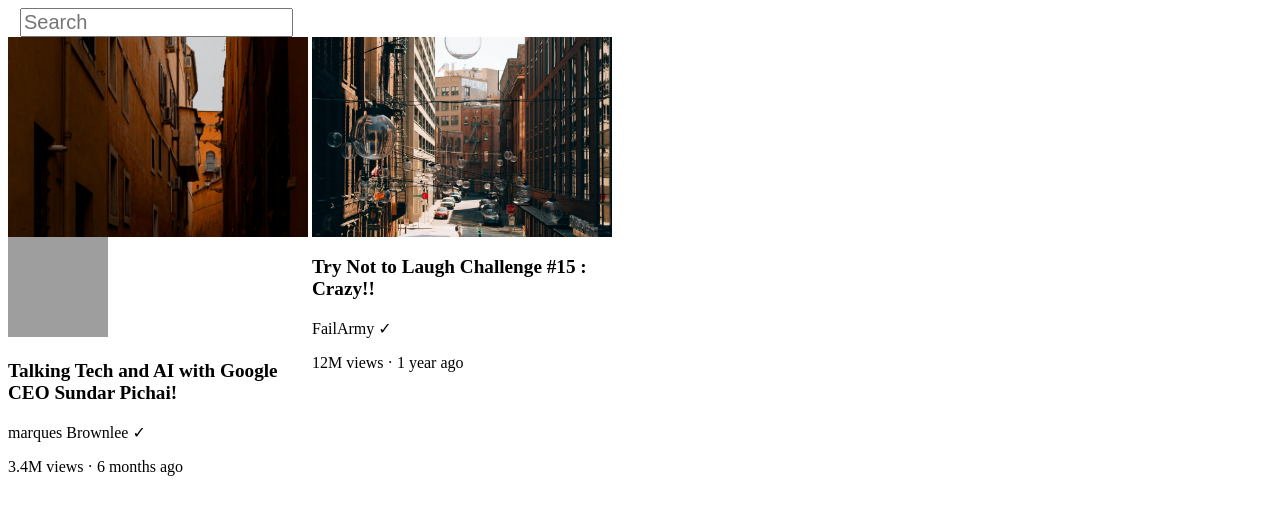
Repository: Yeyolive/WebDev_Collab_2025
Page: Basic_Projects/HTML-CSS course/youtube/youtube.html
An editor plug-in stored every save of this project. The page is shown before and after the next save, followed by the edit.
The browser window is 1280 px wide. The pictures show the whole page.
Pictures or frames that could not be fetched are drawn as grey boxes.

Above is the page before, as saved 2025-11-26 11:18:30.

After the next save:
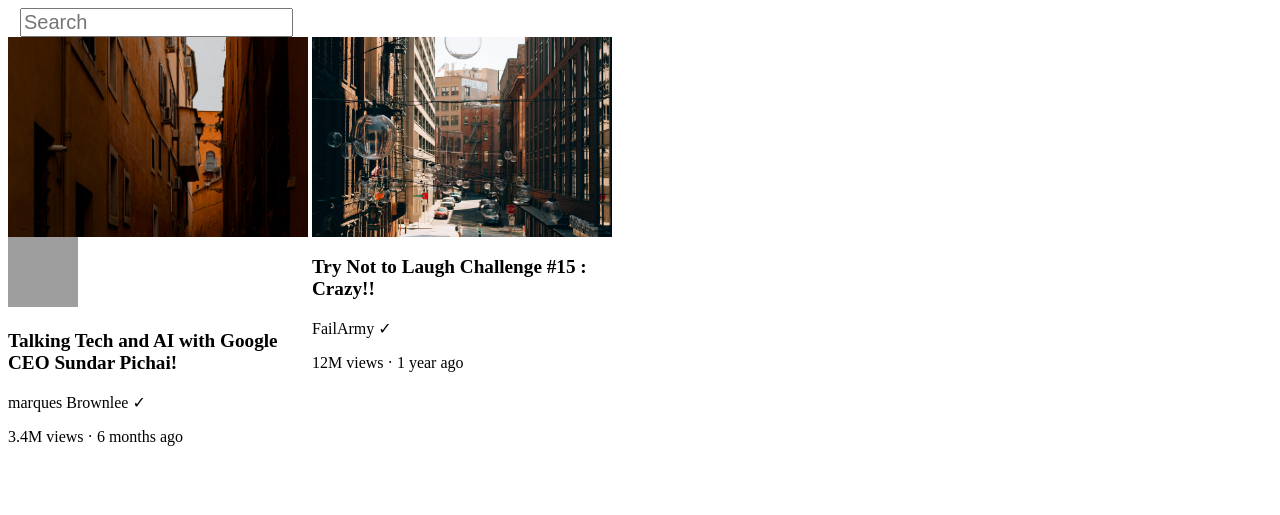
Saved 15 s later.
--- a/Basic_Projects/HTML-CSS course/youtube/youtube.html
+++ b/Basic_Projects/HTML-CSS course/youtube/youtube.html
@@ -24,8 +24,8 @@
       <img
         src="images/Avatars/pexels-francisco-rivera-1446873-2853507.jpg"
         alt="profile pic"
-        width="100px"
-        height="100px"
+        width="70px"
+        height="70px"
       />
       <p class="video-title">
         Talking Tech and AI with Google CEO Sundar Pichai!
